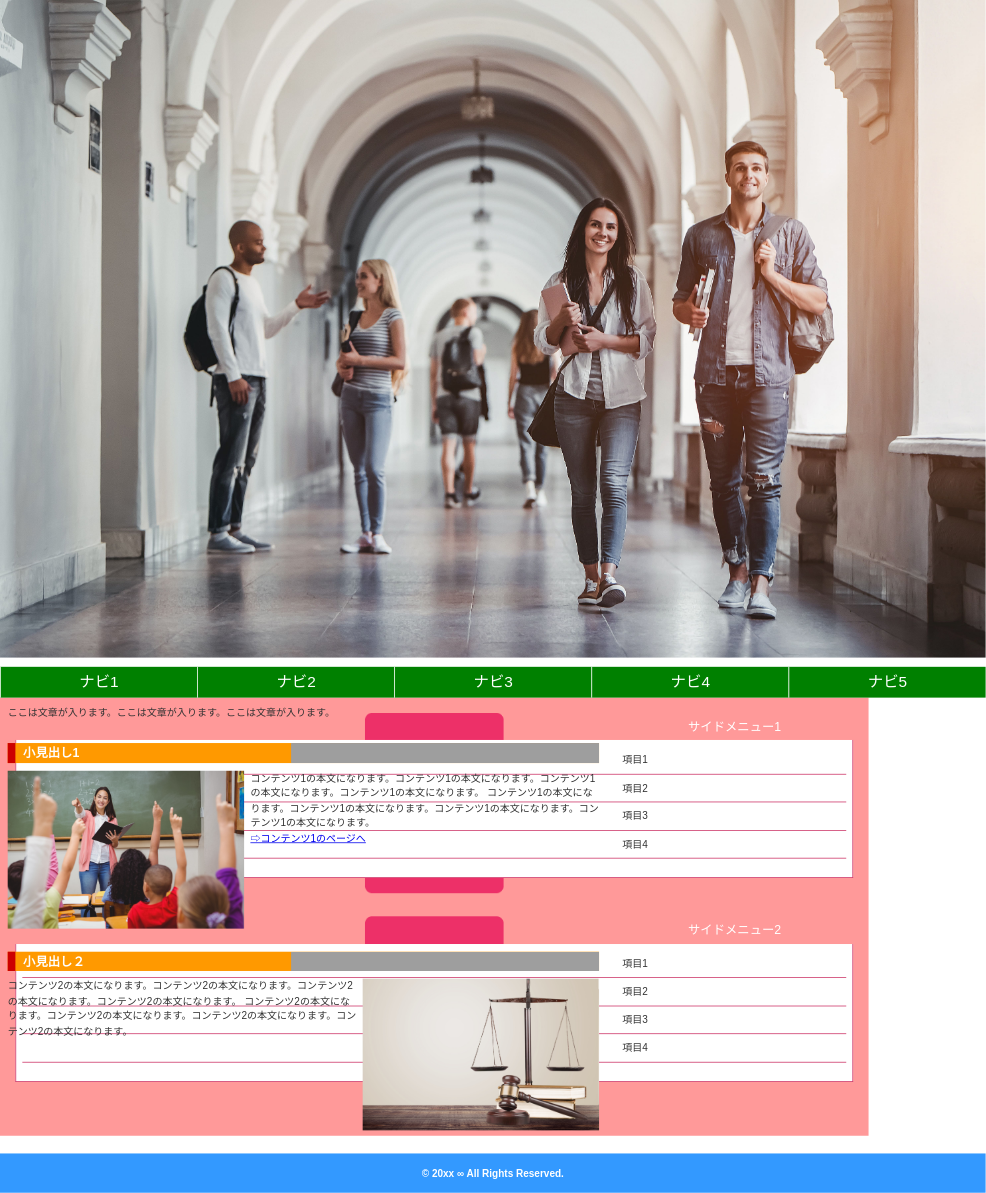
Repository: YOSHIYUKI-FITNESS/samurai_HTML-CSS
Page: home.html
The author's editor kept a record of every edit. The page is drawn from the files as they stood at one moment, then again after the next edit.
The browser window is 1280 px wide. The pictures show the whole page, at 77% of full size.
Pictures or frames that could not be fetched are drawn as grey boxes.

Above is the page before.

### home.html
<!DOCTYPE html>
<html lang="ja">
<head>
    <meta charset="UTF-8">
    <title>HTML/CSSの学習</title>
    <link rel="stylesheet" href=stylesheet.css>
</head>
<body>
   <div id="header">
     <h1><a href="index.html"><img id="corridor" src="images/corridor.jpg" alt="大学の廊下"/></a></h1>
    </div>
   <div id="wrapper">
       <div id="nav">
       <ul>
           <li><a href="home.html">ナビ1</a></li>
           <li><a href="#">ナビ2</a></li>
           <li><a href="#">ナビ3</a></li>
           <li><a href="#">ナビ4</a></li>
           <li><a href="#">ナビ5</a></li>
       </ul>
       </div>
        <div id"container">
            <div id="main">
                <div class="post">
                    <p>ここは文章が入ります。ここは文章が入ります。ここは文章が入ります。</p>
                </div>
                <div class="post clearfix">
                    <h2>小見出し1</h2>
                    <img class="left" src="images/classroom.jpg" alt="授業風景"/>
                    <p>
                        コンテンツ1の本文になります。コンテンツ1の本文になります。コンテンツ1の本文になります。コンテンツ1の本文になります。
                        コンテンツ1の本文になります。コンテンツ1の本文になります。コンテンツ1の本文になります。コンテンツ1の本文になります。
                    </p>
                    <p><a href="#">⇨コンテンツ1のページへ</a></p>
                </div>
                <div class="post clearfix">
                    <h2>小見出し２</h2>
                    <img class="right" src="images/scale.jpg" alt="天秤"/>
                    <p>
                        コンテンツ2の本文になります。コンテンツ2の本文になります。コンテンツ2の本文になります。コンテンツ2の本文になります。
                        コンテンツ2の本文になります。コンテンツ2の本文になります。コンテンツ2の本文になります。コンテンツ2の本文になります。
                    </p>
                </div>
            </div>
                <div id="side">
                    <div class="box">
                        <h2>サイドメニュー1</h2>
                        <div class="boxBody">
                            <ul>
                                <li>項目1</li>
                                <li>項目2</li>
                                <li>項目3</li>
                                <li>項目4</li>
                            </ul>
                        </div>
                    </div>
                    <div class="box">
                        <h2>サイドメニュー2</h2>
                        <div class="boxBody">
                            <ul>
                                <li>項目1</li>
                                <li>項目2</li>
                                <li>項目3</li>
                                <li>項目4</li>
                            </ul>
                        </div>
                    </div>
                </div>
          </div>
   </div>
   <div id="footer">
       <p>&copy; 20xx ∞ All Rights Reserved.</p>
   </div>
</body>
</html>

### stylesheet.css
@charset "utf-8";

body{
    margin: 0;
    padding: 0;
    font-family: "ヒラギノ角ゴ Pro W3", "Hiragino Kaku Gothic Pro","メイリオ", Meiryo, Osaka, "MS Pゴシック", "MS PGothic", sans-serif;
    color: #333;
    font-size: 13px;
    line-height: 150%;
}

/*wrapper*/
#wrapper{
    width: 100%;
    margin: auto;
    padding: 0px;
    border: 0px;
    background-color: #FFF;
    top: 10px;
    position: relative;
}

/*header*/
#header{
    width: 100;
}
#header h1{
    margin: 0;
    padding: 0;
}
#corridor{
    width: 100%;
    height: auto;
}

/*footer*/
#footer{
    clear: both;
    width: 100%;
    padding: 3px 0 3px 0;
    background: #39F;
    color: #FFF;
    font-weight: bold;
    text-align: center;
}

/*nav*/
#nav {
    width: 100%;
}
#nav ul{
    display: flex;
    margin: 0;
    padding: 0;
    list-style-type: none;
}

#nav ul li{
    width: 20%;
    text-align: center;
}

#nav ul li a{
    display: block;
    height: 20px;
    margin: 0;
    padding: 10px;
    color: #FFF;
    font-size: 20px;
    text-decoration: none;
    background-color: green;
    border-left: 1px solid white;
}
#nav ul li a:hover{
    filter: drop-shadow(10px 10px 10px black);
}

/*container*/
#container{
    width: 100%;
    margin: auto;
    padding: auto;
    padding-top: 20px;
    clear: both;
}
/*main*/
#main{
    float: left;
    width: 60%;
    padding: 10px 30px 10px 10px;
}
#main h2{
    margin: 0 0 10px 0;
    padding: 3px 10px 3px 10px;
    color: #FFF;
    font-size: 16px;
    border-left: solid 10px #C00;
    background: #F90 url(../images/main_h2.jpg) right top repeat-y;
}
#main p{
    margin: 0;
    padding: 0;
}
#main .post{
    margin: 0 0 30px 0;
}
#main .post img.right{
    margin: 0 0 0 8px;
}
#main .post img.left{
    margin: 0 8px 0 0;
}
.right{
    float: right;
    width: 40%;
    height:auto;
}
.left{
    float: left;
    width: 40%;
    height: auto;
}
/*clearfix*/
.clearfix{
    zoom: 1;
}
.clearfix:after{
    content:"";
    display: block;
    clear: both;
}
/*side*/
#side{
    width: 85%;
    padding: 20px;
    background-color: #F99;
}
#side .box{
    margin: 0 auto 30px auto;
    padding: 0 0 20px 0;
    background: url(images/side_box.png) bottom no-repeat;
}
#side .box h2{
    margin: 0;
    padding: 8px;
    text-align: center;
    color: #fff;
    font-size: 16px;
    font-weight: normal;
    background: url(images/side_box_h2.png) center no-repeat;
}
#side .box .boxBody{
    padding: 8px;
    border-right: solid 1px #C36;
    border-bottom: solid 1px #C36;
    border-left: solid 1px #C36;
    background: #fff;
}
#side .box .boxBody ul{
    margin: 0 0 16px 0;
    padding: 0;
}
#side .box .boxBody ul li{
    padding: 8px 0 8px 4px;
    list-style: none;
    border-bottom: solid 1px #C36;
}
#side .box .boxBody ul li:hover{
    padding: 8px 0 8px 4px;
    list-style: none;
    border-bottom: solid 1px #C36;
    box-shadow: 0px 4px 4px rgba(0, 0, 0, 0.3)
}

After the next edit:
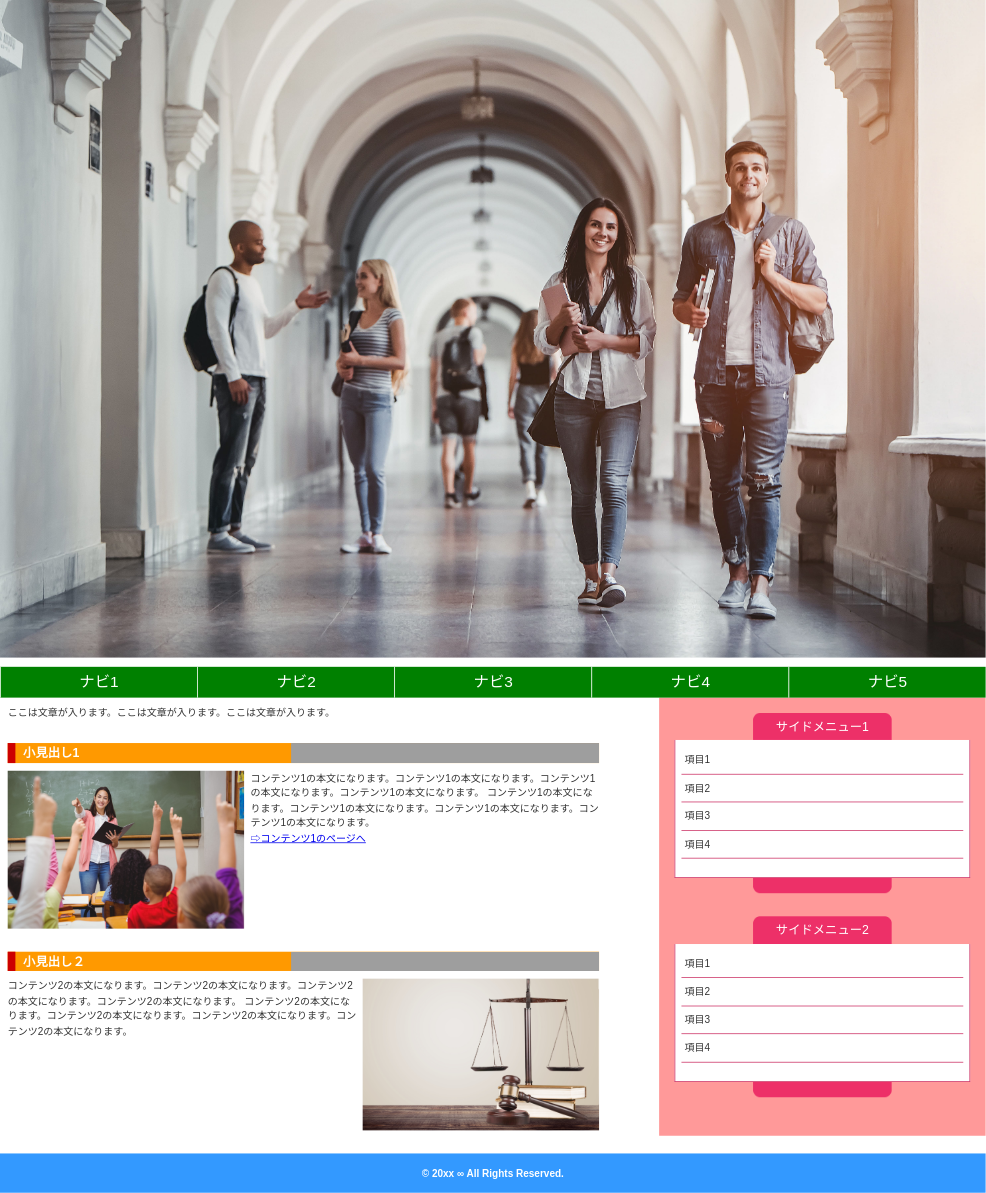
The edit:
--- a/stylesheet.css
+++ b/stylesheet.css
@@ -131,7 +131,8 @@
 }
 /*side*/
 #side{
-    width: 85%;
+    float: right;
+    width: 30%;
     padding: 20px;
     background-color: #F99;
 }
